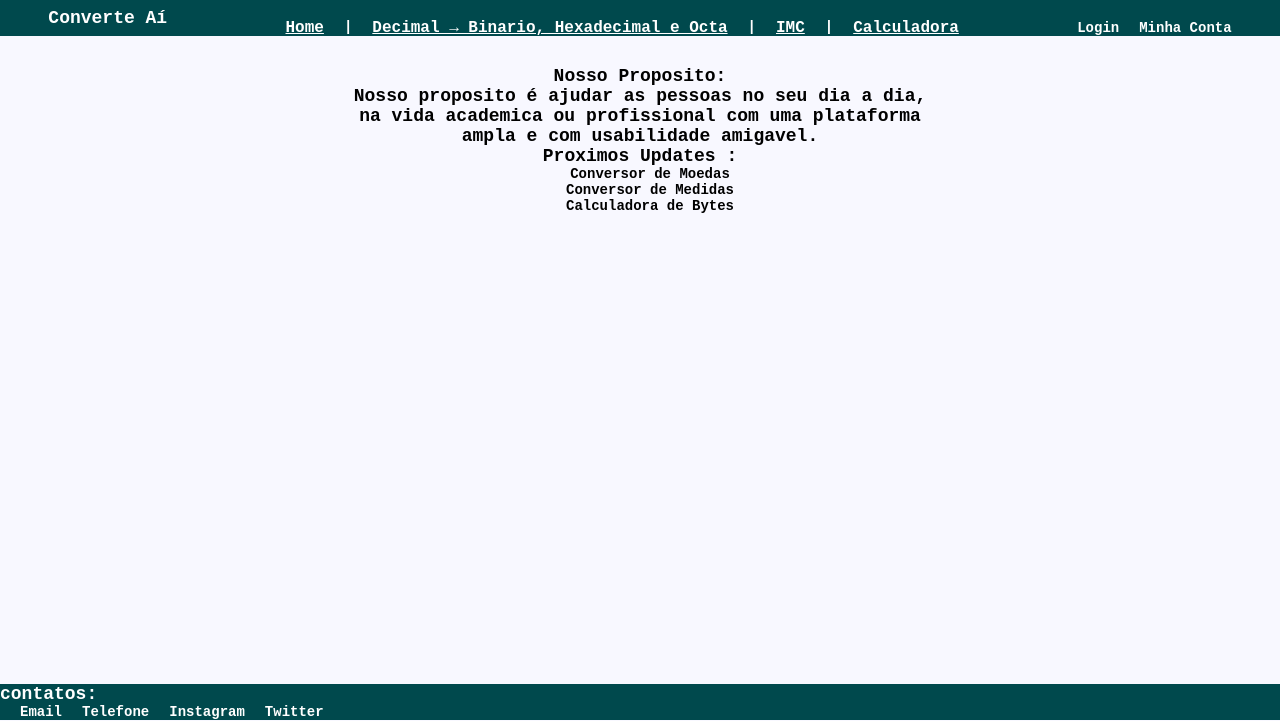
Repository: Frav1u/converteai
Page: ConverteAi/src/main/webapp/home.html
The author's editor kept a copy of each file at every save. The page is drawn from the files as they stood at one save, then again after the next save.
The browser window is 1280 px wide. The pictures show the whole page.
Some web fonts or font styles are not loaded; a fallback is used.

Above is the page before, as saved 2023-10-01 00:53:56.

### ConverteAi/src/main/webapp/home.html
<!DOCTYPE html>
<html>
<head>
<meta charset="UTF-8">
<title>Converte aí</title>
<link href="https://fonts.googleapis.com/css2?family=Inter:wght@400;700&family=Space+Mono:wght@400;700&display=swap"
        rel="stylesheet">
    <link rel="stylesheet" href="stylehome.css">
</head>
<body>
	<header>
	<a class="logo">Converte Aí</a>

		<nav>
			<ul class="menu">
				<li><a href="home.html">Home</a></li>
				<li>  |  </li>
				<li><a href="decimalParaBinario.html">Decimal → Binario, Hexadecimal e Octa</a></li>
				<li>  |  </li>
				<li><a href="imc.html">IMC</a></li>
				<li>  |  </li>
				<li><a href="calculadora.html">Calculadora</a></li>
			</ul>
		</nav>
		<ul class="conta">
			<li>Login</li>
			<li>Minha Conta</li>
		</ul>
	</header>
	<main>
		<h1 class="tituloProposito">Nosso Proposito: </h1>
		<p class="proposito">Nosso proposito é ajudar as pessoas no seu dia a dia, na vida academica ou profissional com uma plataforma ampla e com usabilidade amigavel.</p>
		<h2> Proximos Updates :</h2>
		<ul>
			<li>Conversor de Moedas</li>
			<li>Conversor de Medidas</li>
			<li>Calculadora de Bytes</li>
		</ul>
	</main>


	<footer>
		<a>contatos: </a>
		<ul class="contatos">
			<li>Email</li>
			<li>Telefone</li>
			<li>Instagram</li>
			<li>Twitter</li>
		</ul>

	</footer>
</body>

</html>

### ConverteAi/src/main/webapp/stylehome.css

* {
    margin: 0;
    padding: 0;
    box-sizing: border-box;
    list-style: none;
    font-family: 'Apotek Bold', monospace;
    font-weight: 600;
    font-size: 18px;
    outline: none;
}

body{
	background-color:  ghostwhite
}

li{
	font-size: 14px;
	margin-left: 20px;

}

header{
	background-color: hsl(183, 100%, 15%);
	color: white;
	height: 5vh;
	list-style: none;
    color: inherit;
    display: flex;
    display: flex;
    justify-content: center;
    align-items: center;
    justify-content: space-evenly;
}

.contatos{
	display: flex;
}

footer{
	background-color: hsl(183, 100%, 15%);
	color: white;
	height: 5vh;

}
.proposito{
	width: 55ch;
	margin: 0 auto;
}


.logo{
	color: white;
}
.menu{
	color: white;
	display: flex;
	margin-top: 20px;
	margin-left: 50px;

}

.conta{
	color: white;
	display: flex;
	margin-top: 20px;
	margin-left: 50px;
}

.menu a {
	color: white;
	font-size: 16px;
	list-style: none;
}

.tituloProposito{

}


nav{
	display: flex;
	justify-content: center;
	align-items: center;
}


main{
	height: 90vh;
	text-align: center;
	padding-top: 30px;
}

After the next save:
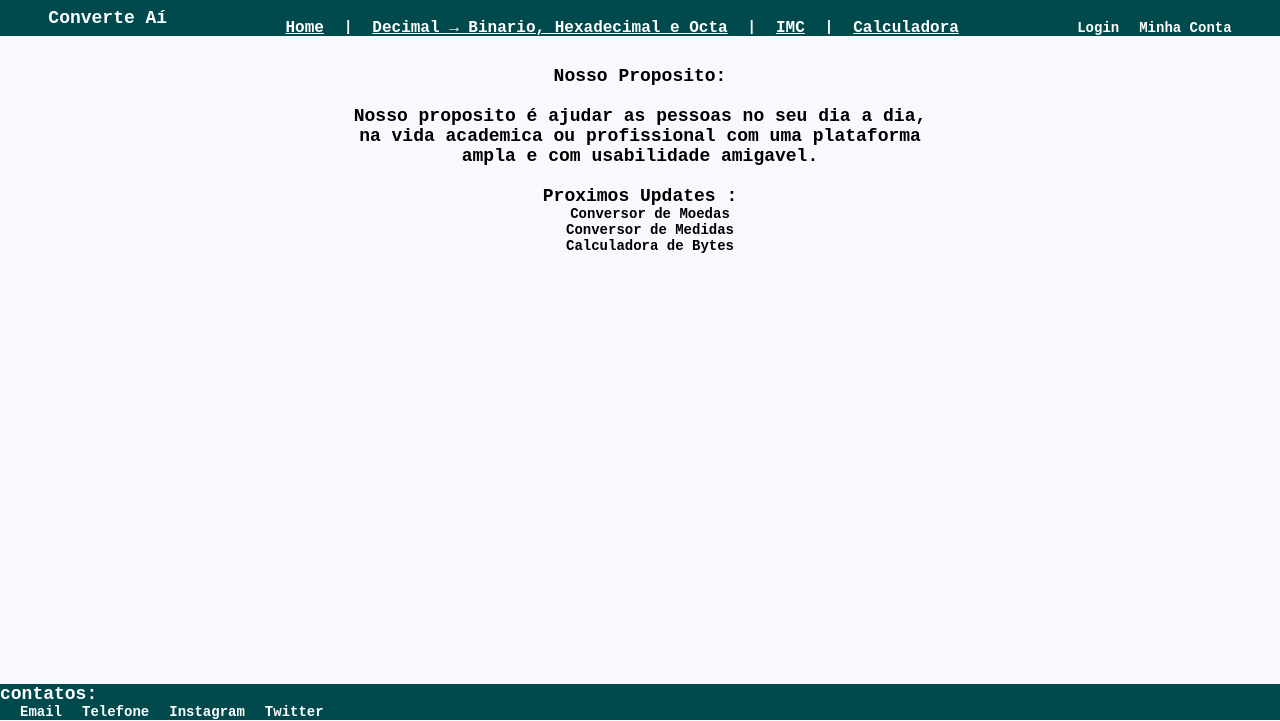
Saved 41 s later.
--- a/ConverteAi/src/main/webapp/stylehome.css
+++ b/ConverteAi/src/main/webapp/stylehome.css
@@ -45,7 +45,7 @@ footer{
 }
 .proposito{
 	width: 55ch;
-	margin: 0 auto;
+	margin: 20px auto;
 }
 
 
